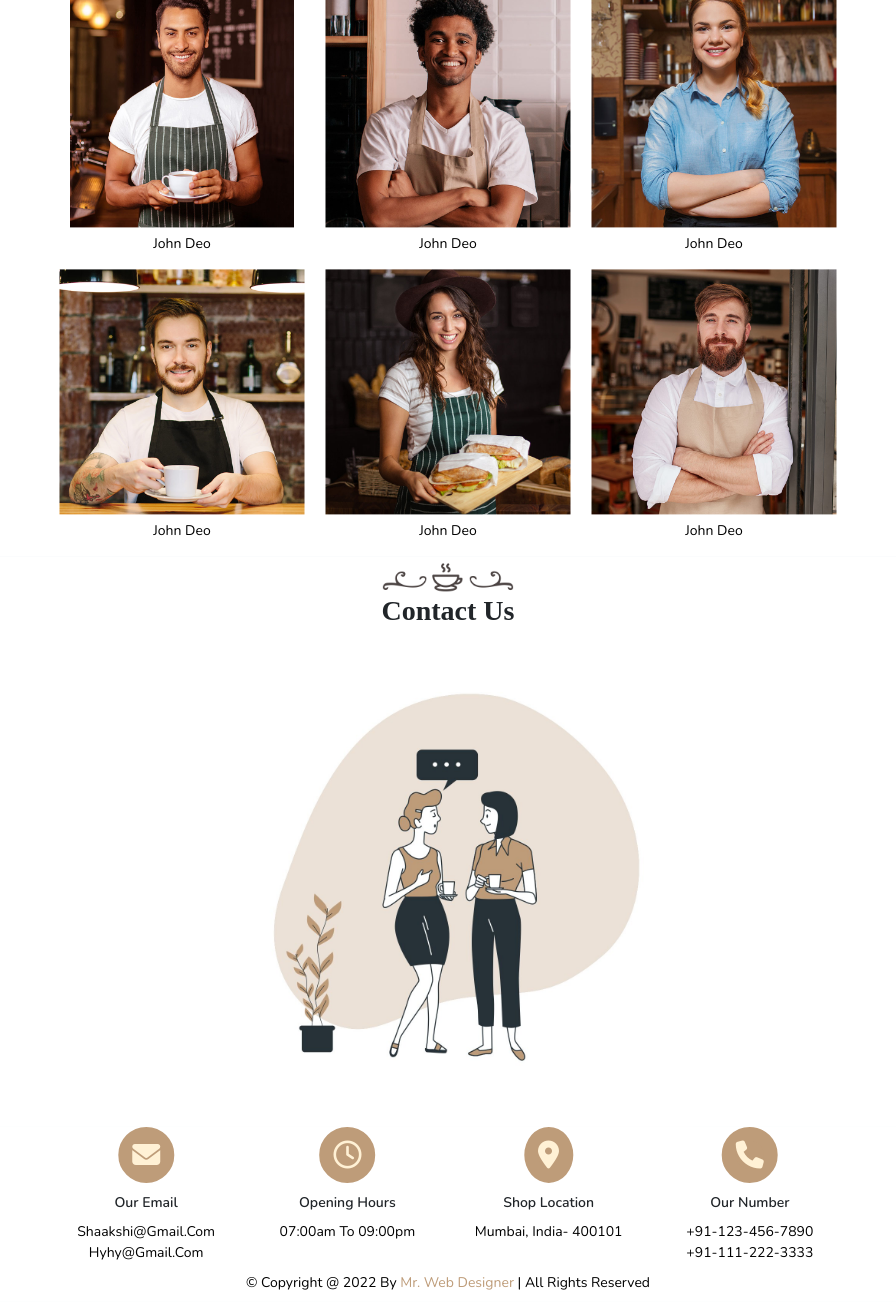
Repository: Ragavan728/coffee_full
Page: index.html
These files come from the project's save history. The page is drawn as it stood at one moment and after the next save; the edit follows.
The browser window is 1280 px wide. The pictures show the part of the page from y = 3577 to 5497 px (the page is 5437 px tall before and 5497 px after), at 70% of full size.
Some web fonts or font styles are not loaded; a fallback is used.

Above is the page before, as saved 2025-02-10 16:25:55.

### index.html
<!DOCTYPE html>
<html lang="en">

<head>
    <meta charset="UTF-8">
    <meta name="viewport" content="width=device-width, initial-scale=1.0">
    <title>Coffee Shop</title>
    <link rel="shortcut icon" href="./assets/images/logo.png" type="image/x-icon">
    <link rel="stylesheet" href="./style.css">
    <link rel="stylesheet" href="https://cdnjs.cloudflare.com/ajax/libs/font-awesome/6.7.2/css/all.min.css"
        integrity="sha512-Evv84Mr4kqVGRNSgIGL/F/aIDqQb7xQ2vcrdIwxfjThSH8CSR7PBEakCr51Ck+w+/U6swU2Im1vVX0SVk9ABhg=="
        crossorigin="anonymous" referrerpolicy="no-referrer" />
    <!-- <link rel="stylesheet" href="./cssSequence.css"> -->
</head>

<body>
    <header>
        <nav class="navBar"> <!-- component -->
            <div class="navContainer align"> <!-- componentContainer -->
                <div class="navBody grid-2"> <!-- row 1 -->
                    <div class="logoBlock dflex"> <!-- column 1 -->
                        <figure class="logoBox dflex"> <!-- subColumn 1 -->
                            <img src="./assets/images/logo.png" alt="logo">
                        </figure>
                    </div>
                    <div class="navlinkBlock dflex"> <!-- column 2 -->
                        <ul class="navlinkBox dflex"> <!-- subcolumn 1 -->
                            <li><a href="">Home</a></li>
                            <li><a href="">About</a></li>
                            <li><a href="">Menu</a></li>
                            <li><a href="">Gallery</a></li>
                            <li><a href="">Team</a></li>
                            <li><a href="">Contact</a></li>
                        </ul>
                    </div>
                </div>
            </div>
        </nav>
        <section class="heroSection componentSpacing"> <!-- component -->
            <div class="heroContainer align"> <!-- componentContainer -->
                <div class="heroBody grid-1"> <!-- row 1 -->
                    <div class="heroBlock dflex"> <!-- column 1 -->
                        <div class="heroBox dflex-col"> <!-- subcolumn 1 -->
                            <h1>Coffee Heaven</h1>
                            <p>Lorem Ipsum, Dolor Sit Amet Consectetur
                                Adipisicing Elit. Adipisci Ipsa Id Vero
                                Perferendis, Reiciendis Dolores!</p>
                            <button type="button">About Us</button>
                        </div>
                    </div>
                </div>
            </div>
        </section>
    </header>
    <main>
        <section class="ourMenu componentSpacing"> <!-- component -->
            <div class="ourMenuContainer align"> <!-- componentContainer  -->
                <div class="ourMenuBody grid-2"> <!-- row 1 -->
                    <div class="ourMenuImgBlock dflex"> <!-- column 1 -->
                        <figure class="ourMenuImgBox dflex"> <!-- subColumn 1 -->
                            <img src="./assets/images/ourmenu.svg" alt="menuImg">
                        </figure>
                    </div>
                    <div class="ourMenuBlock dflex"> <!-- column 2 -->
                        <div class="ourMenuBox dflex-col"> <!-- subcolumn 1 -->
                            <h2>A Cup Of Coffee Can Complete Your Day</h2>
                            <p>Lorem ipsum, dolor sit amet consectetur adipisicing elit. Pariatur, esse corrupti.
                                Incidunt fuga sit numquam est consequatur provident ipsa quidem! Lorem</p>
                            <button type="button">Our Menu</button>
                        </div>
                    </div>
                </div>
            </div>
        </section>
        <section class="ourFacility componentSpacing"> <!-- component -->
            <div class="ourFacilityContainer align"> <!-- componentContainer -->
                <div class="headingBody grid-1"> <!-- row 1 -->
                    <div class="headingBlock dflex"> <!-- column 1 -->
                        <div class="headingBox dflex-col"> <!-- subcolumn 1 -->
                            <figure class="headingImg">
                                <img src="./assets/images/heading.png" alt="heading_design">
                            </figure>
                            <h2>our facility</h2>
                        </div>
                    </div>
                </div>
                <div class="facilityListsBody grid-4"> <!-- row 2 -->
                    <div class="facilityBlock dflex"> <!-- column 1 -->
                        <div class="facilityCard dflex-col"> <!-- subcolumn 1 -->
                            <figure class="facilityCardHead">
                                <img src="./assets/images/facility_1.png" alt="facility_01">
                            </figure>
                            <div class="facilityCardBody">
                                <h3>Varieties Of Coffee</h3>
                                <p>Lorem Ipsum Dolor, Sit Amet Consectetur Adipisicing Elit.</p>
                            </div>
                        </div>
                    </div>
                    <div class="facilityBlock dflex"> <!-- column 2 -->
                        <div class="facilityCard dflex-col"> <!-- subcolumn 1 -->
                            <figure class="facilityCardHead">
                                <img src="./assets/images/facility_2.png" alt="facility_02">
                            </figure>
                            <div class="facilityCardBody">
                                <h3>Coffee Beans</h3>
                                <p>Lorem Ipsum Dolor, Sit Amet Consectetur Adipisicing Elit.</p>
                            </div>
                        </div>
                    </div>
                    <div class="facilityBlock dflex"> <!-- column 3 -->
                        <div class="facilityCard dflex-col"> <!-- subcolumn 1 -->
                            <figure class="facilityCardHead">
                                <img src="./assets/images/facility_3.png" alt="facility_03">
                            </figure>
                            <div class="facilityCardBody">
                                <h3>Breakfast And Sweets</h3>
                                <p>Lorem Ipsum Dolor, Sit Amet Consectetur Adipisicing Elit.</p>
                            </div>
                        </div>
                    </div>
                    <div class="facilityBlock dflex"> <!-- column 4 -->
                        <div class="facilityCard dflex-col"> <!-- subcolumn 1 -->
                            <figure class="facilityCardHead">
                                <img src="./assets/images/facility_4.png" alt="facility_04">
                            </figure>
                            <div class="facilityCardBody">
                                <h3>Ready To Go Coffee</h3>
                                <p>Lorem Ipsum Dolor, Sit Amet Consectetur Adipisicing Elit.</p>
                            </div>
                        </div>
                    </div>
                </div>
            </div>
        </section>
        <section class="popularMenu componentSpacing"> <!-- component -->
            <div class="popularMenuContainer align"> <!-- componentContainer -->
                <div class="headingBody grid-1"> <!-- row 1 -->
                    <div class="headingBlock dflex"> <!-- column 1 -->
                        <div class="headingBox dflex-col"> <!-- subcolumn 1 -->
                            <figure class="headingImg">
                                <img src="./assets/images/heading.png" alt="heading_design">
                            </figure>
                            <h2>Popular menu</h2>
                        </div>
                    </div>
                </div>
                <div class="popularMenuBody grid-3"> <!-- row 2 -->
                    <div class="popularMenuBlock dflex"> <!-- column 1 -->
                        <div class="popularMenuCard dflex-col"> <!-- subcolumn 1 -->
                            <figure class="popularCardHead">
                                <img src="./assets/images/popular_1.png" alt="popular_01">
                            </figure>
                            <div class="popularCardBody">
                                <p>love you coffee</p>
                            </div>
                        </div>
                    </div>
                    <div class="popularMenuBlock dflex"> <!-- column 2 -->
                        <div class="popularMenuCard dflex-col"> <!-- subcolumn 1 -->
                            <figure class="popularCardHead">
                                <img src="./assets/images/popular_2.png" alt="popular_02">
                            </figure>
                            <div class="popularCardBody">
                                <p>Cappuccino</p>
                            </div>
                        </div>
                    </div>
                    <div class="popularMenuBlock dflex"> <!-- column 3 -->
                        <div class="popularMenuCard dflex-col"> <!-- subcolumn 1 -->
                            <figure class="popularCardHead">
                                <img src="./assets/images/popular_3.png" alt="popular_03">
                            </figure>
                            <div class="popularCardBody">
                                <p>Mocha Coffee</p>
                            </div>
                        </div>
                    </div>
                    <div class="popularMenuBlock dflex"> <!-- column 4 -->
                        <div class="popularMenuCard dflex-col"> <!-- subcolumn 1 -->
                            <figure class="popularCardHead">
                                <img src="./assets/images/popular_4.png" alt="popular_04">
                            </figure>
                            <div class="popularCardBody">
                                <p>Frappuccino</p>
                            </div>
                        </div>
                    </div>
                    <div class="popularMenuBlock dflex"> <!-- column 5 -->
                        <div class="popularMenuCard dflex-col"> <!-- subcolumn 1 -->
                            <figure class="popularCardHead">
                                <img src="./assets/images/popular_5.png" alt="popular_05">
                            </figure>
                            <div class="popularCardBody">
                                <p>Black Coffee</p>
                            </div>
                        </div>
                    </div>
                    <div class="popularMenuBlock dflex"> <!-- column 6 -->
                        <div class="popularMenuCard dflex-col"> <!-- subcolumn 1 -->
                            <figure class="popularCardHead">
                                <img src="./assets/images/popular_6.png" alt="popular_06">
                            </figure>
                            <div class="popularCardBody">
                                <p>Love Heart Coffee</p>
                            </div>
                        </div>
                    </div>
                </div>
            </div>
        </section>
        <section class="ourGallery componentSpacing"> <!-- component -->
            <div class="ourGalleryContainer align"> <!-- componentContainer -->
                <div class="headingBody grid-1"> <!-- row 1 -->
                    <div class="headingBlock dflex"> <!-- column 1 -->
                        <div class="headingBox dflex-col"> <!-- subcolumn 1 -->
                            <figure class="headingImg">
                                <img src="./assets/images/heading.png" alt="heading_design">
                            </figure>
                            <h2>our gallery</h2>
                        </div>
                    </div>
                </div>
                <div class="ourGalleryBody grid-3"> <!-- row 2 -->
                    <div class="ourGalleryBlock dflex"> <!-- column 1 -->
                        <div class="ourGalleryCard dflex-col"> <!-- subcolumn 1 -->
                            <figure class="cardHead">
                                <img src="./assets/images/gallery_1.webp" alt="gallery_1">
                            </figure>
                        </div>
                    </div>
                    <div class="ourGalleryBlock dflex"> <!-- column 2 -->
                        <div class="ourGalleryCard dflex-col"> <!-- subcolumn 1 -->
                            <figure class="cardHead">
                                <img src="./assets/images/gallery_2.webp" alt="gallery_2">
                            </figure>
                        </div>
                    </div>
                    <div class="ourGalleryBlock dflex"> <!-- column 3 -->
                        <div class="ourGalleryCard dflex-col"> <!-- subcolumn 1 -->
                            <figure class="cardHead">
                                <img src="./assets/images/gallery_3.webp" alt="gallery_3">
                            </figure>
                        </div>
                    </div>
                    <div class="ourGalleryBlock dflex"> <!-- column 4 -->
                        <div class="ourGalleryCard dflex-col"> <!-- subcolumn 1 -->
                            <figure class="cardHead">
                                <img src="./assets/images/gallery_4.webp" alt="gallery_4">
                            </figure>
                        </div>
                    </div>
                    <div class="ourGalleryBlock dflex"> <!-- column 5 -->
                        <div class="ourGalleryCard dflex-col"> <!-- subcolumn 1 -->
                            <figure class="cardHead">
                                <img src="./assets/images/gallery_5.webp" alt="gallery_5">
                            </figure>
                        </div>
                    </div>
                    <div class="ourGalleryBlock dflex"> <!-- column 6 -->
                        <div class="ourGalleryCard dflex-col"> <!-- subcolumn 1 -->
                            <figure class="cardHead">
                                <img src="./assets/images/gallery_6.webp" alt="gallery_6">
                            </figure>
                        </div>
                    </div>
                </div>
            </div>
        </section>
        <section class="ourTeam componentSpacing"> <!-- component -->
            <div class="ourTeamContainer align"> <!-- componentContainer -->
                <div class="headingBody grid-1"> <!-- row 1 -->
                    <div class="headingBlock dflex"> <!-- column 1 -->
                        <div class="headingBox dflex-col"> <!-- subcolumn 1 -->
                            <figure class="headingImg">
                                <img src="./assets/images/heading.png" alt="heading_design">
                            </figure>
                            <h2>our team</h2>
                        </div>
                    </div>
                </div>
                <div class="ourTeamBody grid-3"> <!-- row 2 -->
                    <div class="ourTeamBlock dflex"> <!-- column 1 -->
                        <div class="ourTeamCard dflex-col"> <!-- subcolumn 1 -->
                            <figure class="teamCardHead">
                                <img src="./assets/images/team_1.jpg" alt="team_1">
                            </figure>
                            <div class="teamCardBody">
                                <p>john deo</p>
                            </div>
                        </div>
                    </div>
                    <div class="ourTeamBlock "> <!-- column 2 -->
                        <div class="ourTeamBox"> <!-- subcolumn 1 -->
                            <figure class="teamCardHead">
                                <img src="./assets/images/team_2.jpg" alt="team_2">
                            </figure>
                            <div class="teamCardBody">
                                <p>john deo</p>
                            </div>
                        </div>
                    </div>
                    <div class="ourTeamBlock "> <!-- column 3 -->
                        <div class="ourTeamBox"> <!-- subcolumn 1 -->
                            <figure class="teamCardHead">
                                <img src="./assets/images/team_3.jpg" alt="team_3">
                            </figure>
                            <div class="teamCardBody">
                                <p>john deo</p>
                            </div>
                        </div>
                    </div>
                    <div class="ourTeamBlock "> <!-- column 4 -->
                        <div class="ourTeamBox"> <!-- subcolumn 1 -->
                            <figure class="teamCardHead">
                                <img src="./assets/images/team_4.jpg" alt="team_4">
                            </figure>
                            <div class="teamCardBody">
                                <p>john deo</p>
                            </div>
                        </div>
                    </div>
                    <div class="ourTeamBlock "> <!-- column 5 -->
                        <div class="ourTeamBox"> <!-- subcolumn 1 -->
                            <figure class="teamCardHead">
                                <img src="./assets/images/team_5.jpg" alt="team_5">
                            </figure>
                            <div class="teamCardBody">
                                <p>john deo</p>
                            </div>
                        </div>
                    </div>
                    <div class="ourTeamBlock "> <!-- column 6 -->
                        <div class="ourTeamBox"> <!-- subcolumn 1 -->
                            <figure class="teamCardHead">
                                <img src="./assets/images/team_6.jpg" alt="team_6">
                            </figure>
                            <div class="teamCardBody">
                                <p>john deo</p>
                            </div>
                        </div>
                    </div>
                </div>
            </div>
        </section>
        <section class="contactUs"> <!-- component -->
            <div class="contactContainer"> <!-- componentContainer -->
                <div class="headingBody"> <!-- row 1 -->
                    <div class="headingBlock"> <!-- column 1 -->
                        <div class="headingBox"> <!-- subcolumn 1 -->
                            <figure class="headingImg">
                                <img src="./assets/images/heading.png" alt="heading_design">
                            </figure>
                            <h2>contact us</h2>
                        </div>
                    </div>
                </div>
                <div class="contactUsBody"> <!-- row 2 -->
                    <div class="contactUsImgBlock"> <!-- column 1 -->
                        <figure class="imgBox"> <!-- subcolumn 1 -->
                            <img src="./assets/images/contact-img (1).jpg" alt="">
                        </figure>
                    </div>
                    <div class="contactFormBlock"> <!-- column 2 -->


                    </div>
                </div>
            </div>
        </section>
    </main>
    <footer>
        <section class="footer"> <!-- component -->
            <div class="footerContainer align"> <!-- componentContainer -->
                <div class="footerBody grid-4"> <!-- row 1 -->
                    <div class="footerBlock dflex"> <!-- column 1 -->
                        <div class="footerCard dflex-col"> <!-- subcolumn 1 -->
                            <div class="cardHead">
                                <i class="fa-solid fa-envelope"></i>
                            </div>
                            <div class="cardBody">
                                <h5>our email</h5>
                                <p>shaakshi@gmail.com</p>
                                <p>hyhy@gmail.com</p>
                            </div>
                        </div>
                    </div>
                    <div class="footerBlock dflex"> <!-- column 2 -->
                        <div class="footerCard dflex-col"> <!-- subcolumn 1 -->
                            <div class="cardHead">
                                <i class="fa-regular fa-clock"></i>
                            </div>
                            <div class="cardBody">
                                <h5>opening hours</h5>
                                <p>07:00am to 09:00pm</p>
                            </div>
                        </div>
                    </div>
                    <div class="footerBlock dflex"> <!-- column 3 -->
                        <div class="footerCard dflex-col"> <!-- subcolumn 1 -->
                            <div class="cardHead">
                                <i class="fa-solid fa-location-dot"></i>
                            </div>
                            <div class="cardBody">
                                <h5>shop location</h5>
                                <p>mumbai, india- 400101</p>
                            </div>
                        </div>
                    </div>
                    <div class="footerBlock dflex"> <!-- column 4 -->
                        <div class="footerCard dflex-col"> <!-- subcolumn 1 -->
                            <div class="cardHead">
                                <i class="fa-solid fa-phone"></i>
                            </div>
                            <div class="cardBody">
                                <h5>our number</h5>
                                <p>+91-123-456-7890</p>
                                <p>+91-111-222-3333</p>
                            </div>
                        </div>
                    </div>
                </div>
                <div class="copyrightsBody grid-1"> <!-- row 2 -->
                    <div class="copyrightsBlock dflex"> <!-- column 1  -->
                        <div class="copyrightsBox dflex-col"> <!-- subcolumn 1 -->
                            <p>
                                © copyright @ 2022 by <span>mr. web designer</span> | all rights reserved
                            </p>
                        </div>
                    </div>
                </div>
            </div>
        </section>
    </footer>
</body>

</html>

Loaded but not shown: style.css (1023 lines, source omitted)

After the next save:
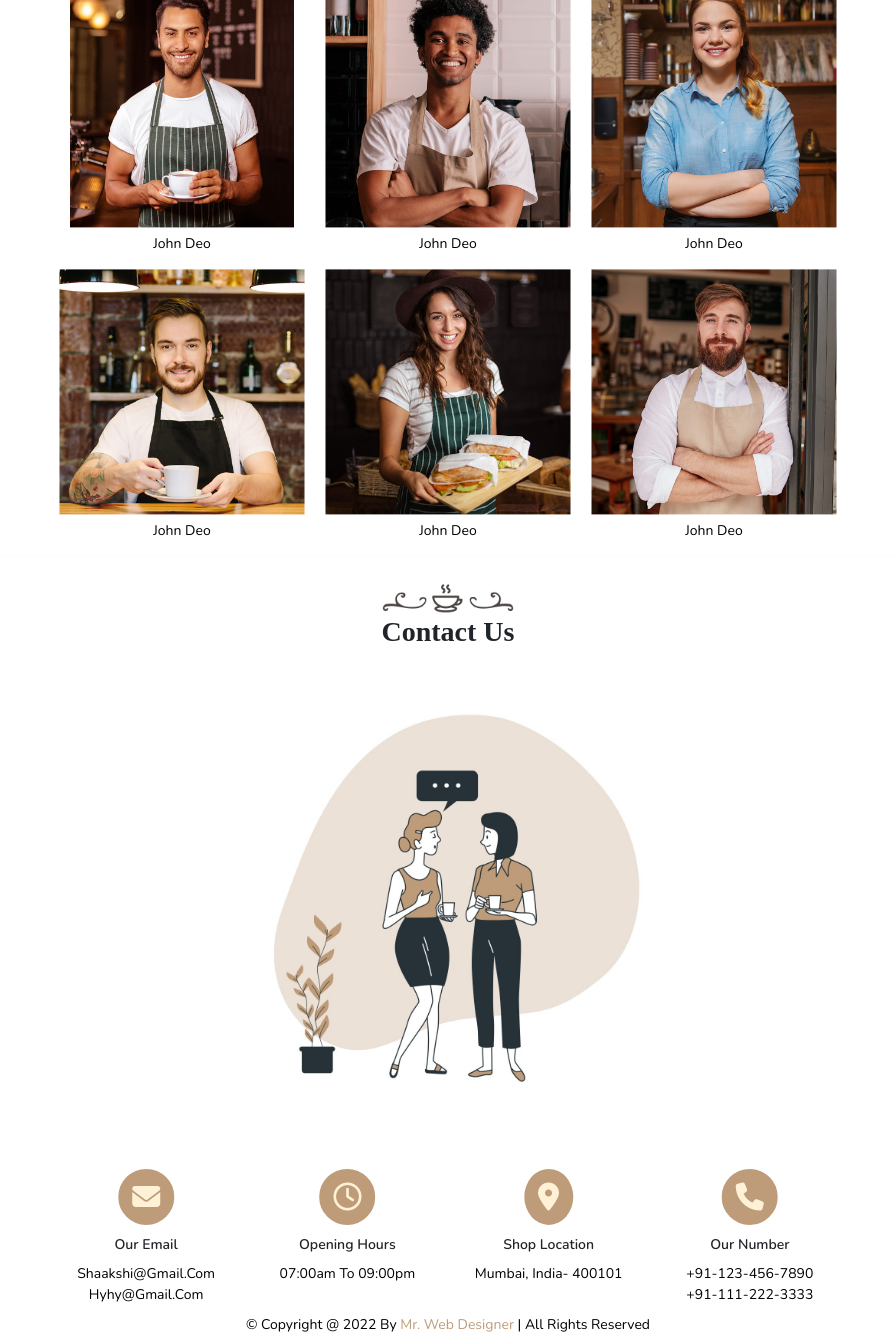
Saved 19 s later.
--- a/index.html
+++ b/index.html
@@ -342,7 +342,7 @@
                 </div>
             </div>
         </section>
-        <section class="contactUs"> <!-- component -->
+        <section class="contactUs componentSpacing"> <!-- component -->
             <div class="contactContainer"> <!-- componentContainer -->
                 <div class="headingBody"> <!-- row 1 -->
                     <div class="headingBlock"> <!-- column 1 -->
